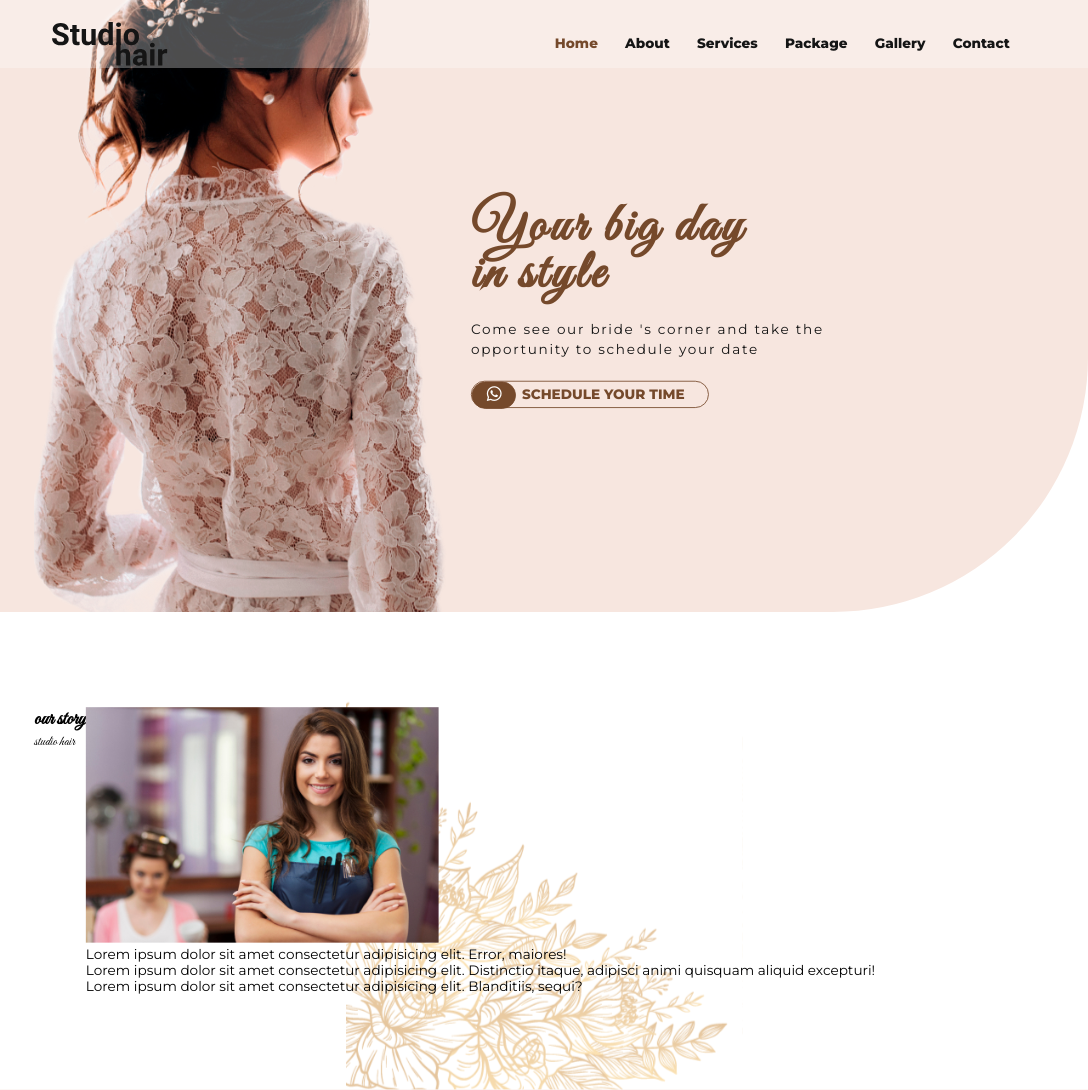
Repository: TuanHuflit2k1/clone-web01
Page: index.html
The author's editor kept a copy of each file at every save. The page is drawn from the files as they stood at one save, then again after a run of saves.
The browser window is 1280 px wide. The pictures show the whole page, at 85% of full size.
Some web libraries are served in a nearby version.

Above is the page before, as saved 2022-04-28 11:08:05.

### index.html
<!DOCTYPE html>
<html lang="en">
  <head>
    <meta charset="UTF-8" />
    <meta http-equiv="X-UA-Compatible" content="IE=edge" />
    <meta name="viewport" content="width=device-width, initial-scale=1.0" />
    <title>Beauty Salon</title>
    <!-- css file -->
    <link rel="stylesheet" href="./style.css" />
    <!-- font awesomw CDN -->
    <link
      rel="stylesheet"
      href="https://cdnjs.cloudflare.com/ajax/libs/font-awesome/6.1.1/css/all.min.css"
      integrity="sha512-KfkfwYDsLkIlwQp6LFnl8zNdLGxu9YAA1QvwINks4PhcElQSvqcyVLLD9aMhXd13uQjoXtEKNosOWaZqXgel0g=="
      crossorigin="anonymous"
      referrerpolicy="no-referrer"
    />
  </head>
  <body>
    <!-- header -->
    <header class="header" id="header">
      <div class="navbar">
        <div class="logo">
          <img src="./img/logo.svg" alt="Logo" />
        </div>
        <nav class="nav-menu" id="nav-menu">
          <ul class="nav-list">
            <li><a href="#" class="nav-link active">home</a></li>
            <li><a href="#about" class="nav-link">about</a></li>
            <li><a href="#services" class="nav-link">services</a></li>
            <li><a href="#package" class="nav-link">package</a></li>
            <li><a href="#gallery" class="nav-link">gallery</a></li>
            <li><a href="#contact" class="nav-link">contact</a></li>
          </ul>
        </nav>
        <div class="nav-toggle" id="nav-toggle">
          <i class="fas fa-bars"></i>
        </div>
      </div>
    </header>
    <!-- end header -->
    <!-- start home section -->
    <section class="home">
      <div class="container">
        <div class="home-img">
          <img src="./img/home-img.png" />
        </div>
        <div class="home-content">
          <h1>Your big day<br /><span>in style</span></h1>
          <p>
            Come see our bride 's corner and take the opportunity to schedule
            your date
          </p>
          <a href="#" class="btn btn-outline">
            <i class="fab fa-whatsapp"></i>
            Schedule your time
          </a>
        </div>
      </div>
    </section>
    <!-- end section home -->
    <!-- start section about -->
    <section class="about" id="about">
      <div class="container">
        <div class="section-title">
          <h1>our story</h1>
          <span>studio hair</span>
        </div>
        <div class="about-detail">
          <div class="about-detal-content">
            <div class="about-img">
              <img src="./img/about-img.jpg" />
            </div>
            <div class="about-description">
              <p>
                Lorem ipsum dolor sit amet consectetur adipisicing elit. Error,
                maiores!
              </p>
              <p>
                Lorem ipsum dolor sit amet consectetur adipisicing elit.
                Distinctio itaque, adipisci animi quisquam aliquid excepturi!
              </p>
              <p>
                Lorem ipsum dolor sit amet consectetur adipisicing elit.
                Blanditiis, sequi?
              </p>
            </div>
          </div>
        </div>
      </div>
    </section>
    <!-- link js -->
    <script src="./main.js"></script>
  </body>
</html>

### style.css
/* font */
@import url("https://fonts.googleapis.com/css2?family=Great+Vibes&family=Montserrat:wght@300;400;600;800&display=swap");
:root {
  --header-height: 5rem;
  --main-color: #f7e6df;
  --first-color: #75492b;
  --secon-color: #dfd6a7;
  --white-color: #fff;
  --black-color: #151515;

  --font-cursive: "Great Vibes", cursive;
  --font-body: "Montserrat", sans-serif;

  --big-font-size: 3rem;
  --h1-font-size: 2.25rem;
  --h2-font-size: 1.5rem;
  --h3-font-size: 1.25rem;
  --normal-font-size: 1rem;
  --small-font-size: 0.813rem;
}
* {
  box-sizing: border-box;
  margin: 0;
  padding: 0;
  text-decoration: none;
  list-style: none;
  outline: none;
  border: none;
}
html {
  scroll-behavior: smooth;
}
body {
  background-color: var(--white-color);
  font-size: var(--normal-font-size);
  font-family: var(--font-body);
  overflow-x: hidden;
}
/* button */
.btn {
  width: 240px;
  display: flex;
  align-items: center;
  justify-content: center;
  text-align: center;
  background-color: var(--first-color);
  color: var(--white-color);
  border: 1px solid var(--first-color);
  border-radius: 50px;
  font-size: var(--normal-font-size);
  font-weight: bold;
  text-transform: uppercase;
  line-height: 1rem;
  padding: 10px 20px;
  cursor: pointer;
  transition: all 0.4s ease;
}
.btn:hover {
  background-color: transparent;
  color: var(--first-color);
}
.btn-outline {
  width: 280px;
  background-color: transparent;
  color: var(--first-color);
  padding: 5px 10px 5px 0;
  transition: all 0.4s ease;
  position: relative;
}
.btn-outline::before {
  content: "";
  position: absolute;
  top: 0;
  left: 0;
  width: 18%;
  height: 100%;
  background-color: var(--first-color);
  border: 1px solid var(--first-color);
  border-radius: 50px;
  transition: all 0.4s ease-in-out;
}
.btn-outline i {
  margin-right: 1.5rem;
  font-size: var(--h3-font-size);
  color: var(--white-color);
  z-index: 10;
}
.btn-outline:hover::before {
  width: 100%;
  z-index: -1;
}
.btn-outline:hover {
  color: var(--white-color);
  z-index: 10;
}
/* end button */
.header {
  position: fixed;
  top: 0;
  left: 0;
  right: 0;
  height: var(--header-height);
  background-color: rgba(255, 255, 255, 0.3);
  z-index: 10000;
  transition: all 0.4s ease;
}
.scroll-header {
  background-color: var(--white-color);
  box-shadow: 0 4px 6px rgba(0, 0, 0, 0.1);
}
.navbar {
  width: 100%;
  max-width: 1200px;
  margin: 0 auto;
  display: flex;
  justify-content: space-between;
  align-items: center;
  padding: 20px;
}
.nav-menu .nav-list {
  display: flex;
}
.nav-menu li {
  margin-right: 2rem;
}
.nav-link {
  font-size: var(--normal-font-size);
  color: var(--black-color);
  font-weight: bold;
  text-transform: capitalize;
  position: relative;
  transition: all 0.4s ease;
}
.nav-link::before {
  content: "";
  position: absolute;
  width: 0;
  left: 0;
  bottom: 0;
  height: 2px;
  background-color: var(--first-color);
  transition: all 0.4s ease-in-out;
}
.nav-link:hover::before {
  width: 100%;
}
.nav-link:hover,
.nav-link.active {
  color: var(--first-color);
}
.nav-toggle {
  font-size: var(--h1-font-size);
  padding: 5px 5px 0;
  border: 2px solid transparent;
  cursor: pointer;
  z-index: 100;
  display: none;
}
.nav-toggle:hover {
  color: var(--first-color);
  border: 2px solid var(--first-color);
}
/* Start Home Section */
.home {
  width: 100%;
  height: 100vh;
  background-color: var(--main-color);
  border-radius: 0 0 300px 0;
}
.home .container {
  max-width: 1200px;
  margin: 0 auto;
  display: flex;
  flex-wrap: wrap;
}
.home .home-img img {
  max-width: 100%;
  height: 100%;
}
.home .home-content {
  width: 40%;
  height: 100vh;
  display: flex;
  flex-direction: column;
  align-items: flex-start;
  justify-content: center;
}
.home-content h1 {
  font-family: var(--font-cursive);
  font-size: 4rem;
  line-height: 3.5rem;
  letter-spacing: 4px;
  color: var(--first-color);
  margin-bottom: 1.5rem;
}
.home-content p {
  font-weight: 400;
  line-height: 1.5rem;
  letter-spacing: 2px;
  color: var(--black-color);
  margin-bottom: 1.5rem;
}

/* End Home Section */
/* start about section */
.about {
  width: 100%;
  padding: 7rem 0;
  background-image: url(./img/arabesque-left-bottom.svg);
  background-repeat: no-repeat;
  background-position: bottom center;
  z-index: -1;
}
.about .container {
  max-width: 1200px;
  margin: 0 auto;
  display: flex;
  flex-wrap: wrap;
}
.section-title {
    font-family: var(--font-cursive);
    font-size: ;
}
@media (max-width: 920px) {
  .nav-menu {
    position: absolute;
    top: 0;
    right: 0;
    width: 0;
    height: 100vh;
    background-color: var(--main-color);
    font-size: var(--h2-font-size);
    text-align: center;
    text-transform: capitalize;
    padding-top: var(--header-height);
    box-shadow: 0 0 5px rgba(0, 0, 0, 0.4);
    transition: all 0.4s ease-in-out;
  }
  .show-nav {
    width: 60%;
  }
  .nav-menu .nav-list {
    display: block;
  }
  .nav-menu li {
    padding: 15px 0;
  }
  .nav-link {
    font-size: var(--h3-font-size);
  }
  .nav-toggle {
    display: block;
  }
  .home .home-img img {
    display: none;
  }
  .home .home-content {
    width: 100%;
    height: 100vh;
    display: flex;
    justify-content: center;
    align-items: center;
  }
  .home-content h1 {
    font-size: var(--big-font-size);
  }
  .home-content p {
    padding: 0 2rem;
  }
}

### main.js
//Show Navbar
const nav = document.querySelector(".nav-menu");
const toggle = document.querySelector(".nav-toggle");
toggle.onclick = () => {
  nav.classList.toggle("show-nav");
};
//Remove bar
const navLink = document.querySelectorAll(".nav-link");
function linkAction() {
  nav.classList.remove("show-nav");
}
navLink.forEach((n) => n.addEventListener("click", linkAction));
//change active color
function colorLink() {
  if (navLink) {
    navLink.forEach((n) => n.classList.remove("active"));
    this.classList.add("active");
  }
}
navLink.forEach((l) => l.addEventListener("click", colorLink));

After the next 7 saves:
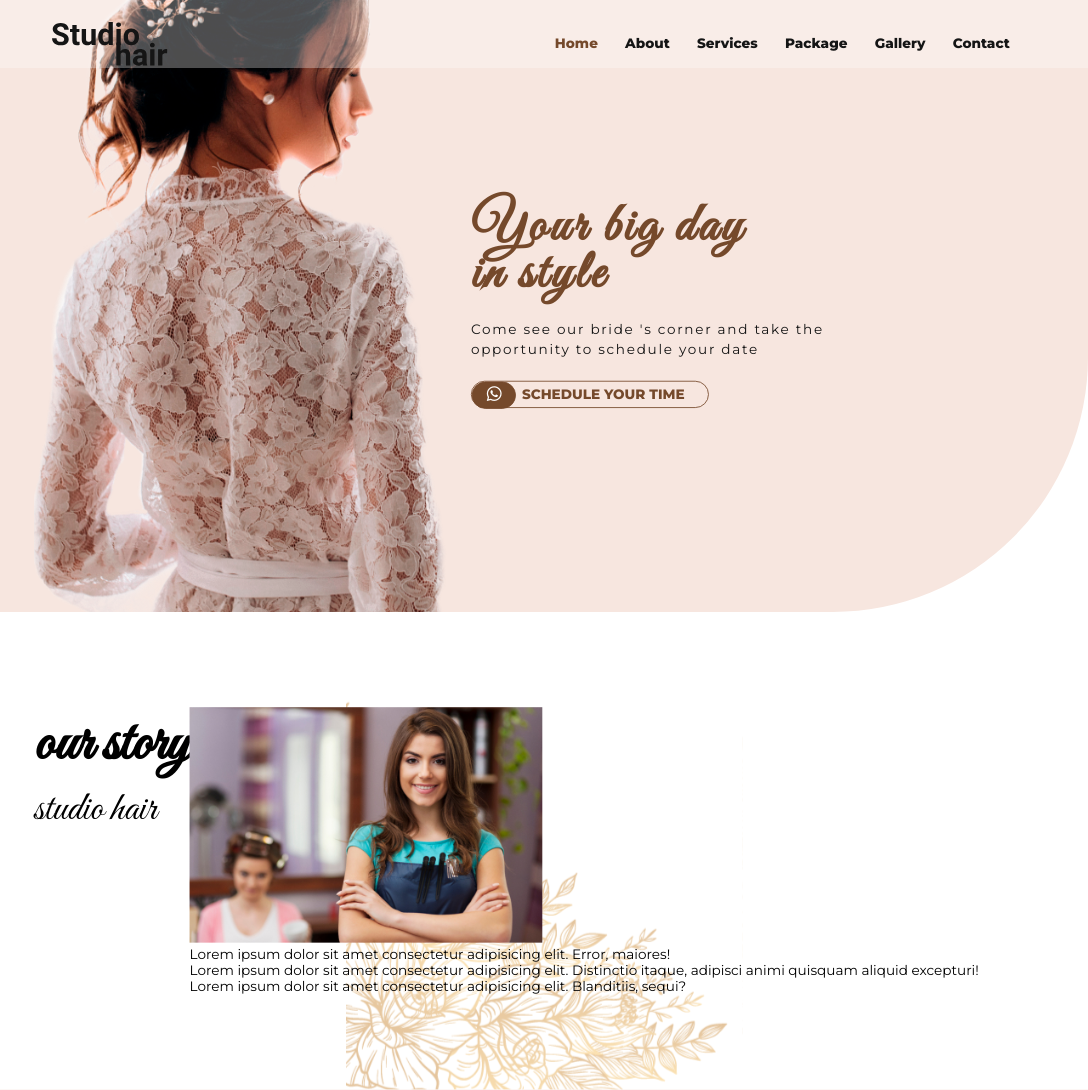
The 7 saves are shown as one change because they came seconds apart.
The last was saved 16 s later.
--- a/style.css
+++ b/style.css
@@ -219,7 +219,9 @@ body {
 }
 .section-title {
     font-family: var(--font-cursive);
-    font-size: ;
+    font-size: var(--big-font-size);
+    font-weight: 400;
+
 }
 @media (max-width: 920px) {
   .nav-menu {
